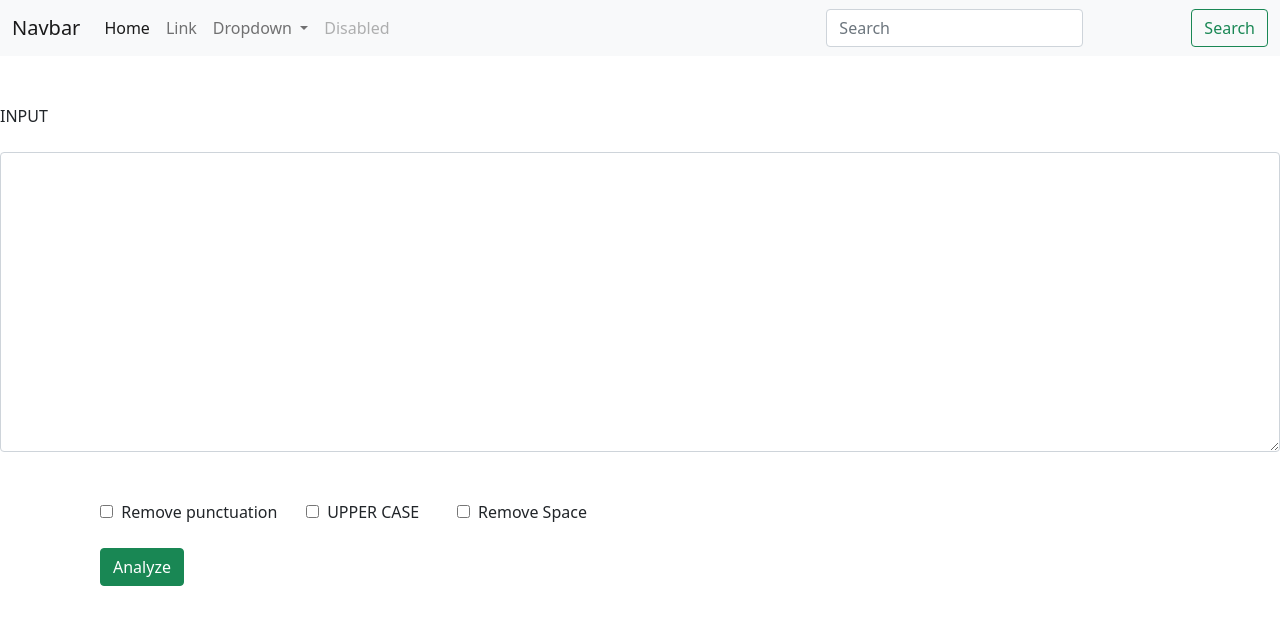
Repository: thenameisshreyank/Textutility
Page: http://localhost/
These files come from the project's save history. The page is drawn as it stood at one moment and after the next save; the edit follows.
The browser window is 1280 px wide. The pictures show the whole page.
The page is served by the project's application, run on Django 4.2 (manage.py). Other server files are loaded and not shown.

Above is the page before, as saved 2022-04-15 09:11:19.

### templates/index.html
<!DOCTYPE html>
<html lang="en">
<head>
    <meta charset="UTF-8">
    <meta http-equiv="X-UA-Compatible" content="IE=edge">
    <meta name="viewport" content="width=device-width, initial-scale=1.0">
    <!-- CSS only -->
<link href="https://cdn.jsdelivr.net/npm/bootstrap@5.1.3/dist/css/bootstrap.min.css" rel="stylesheet" integrity="sha384-1BmE4kWBq78iYhFldvKuhfTAU6auU8tT94WrHftjDbrCEXSU1oBoqyl2QvZ6jIW3" crossorigin="anonymous">
    <title>Document</title>
    <style>
      #text{
        margin-left: 100px;
        width: 80%;
        margin-right:100px;
      }
      #rf{
        margin-left: 100px;


      }
      button{
        margin-left: 100px;
      }
      textarea {
  width: 200px;
  height: 300px;
}

    </style>
</head>
<body>
    <nav class="navbar navbar-expand-lg navbar-light bg-light">
        <div class="container-fluid">
          <a class="navbar-brand" href="https://getbootstrap.com/">Navbar</a>
          <button class="navbar-toggler" type="button" data-bs-toggle="collapse" data-bs-target="#navbarSupportedContent" aria-controls="navbarSupportedContent" aria-expanded="false" aria-label="Toggle navigation">
            <span class="navbar-toggler-icon"></span>
          </button>
          <div class="collapse navbar-collapse" id="navbarSupportedContent">
            <ul class="navbar-nav me-auto mb-2 mb-lg-0">
              <li class="nav-item">
                <a class="nav-link active" aria-current="page" href="#">Home</a>
              </li>
              <li class="nav-item">
                <a class="nav-link" href="#">Link</a>
              </li>
              <li class="nav-item dropdown">
                <a class="nav-link dropdown-toggle" href="#" id="navbarDropdown" role="button" data-bs-toggle="dropdown" aria-expanded="false">
                  Dropdown
                </a>
                <ul class="dropdown-menu" aria-labelledby="navbarDropdown">
                  <li><a class="dropdown-item" href="#">Action</a></li>
                  <li><a class="dropdown-item" href="#">Another action</a></li>
                  <li><hr class="dropdown-divider"></li>
                  <li><a class="dropdown-item" href="#">Something else here</a></li>
                </ul>
              </li>
              <li class="nav-item">
                <a class="nav-link disabled">Disabled</a>
              </li>
            </ul>
            <form class="d-flex">
              <input class="form-control me-2" type="search" placeholder="Search" aria-label="Search">
              <button class="btn btn-outline-success" type="submit">Search</button>
            </form>
          </div>
        </div>
      </nav><br><br>
      <form action="analyze" method="get">
        <div class="form-group">
          <label for="exampleFormControlTextarea1">INPUT</label><br><br>
          <textarea class="form-control" id="textarea" rows="10" cols="5"></textarea>
        </div><br><br>
        <input type="checkbox" id="rf" name="rf" value="true">&nbsp;&nbsp;Remove punctuation&nbsp;&nbsp;&emsp;
        <input type="checkbox" id="upper" name="upper" value="true">&nbsp;&nbsp;UPPER CASE&nbsp;&nbsp;&nbsp;&nbsp;&nbsp;&nbsp;&nbsp;&nbsp;
        <input type="checkbox" id="space" name="space" value="true">&nbsp;&nbsp;Remove Space&nbsp;&nbsp;
        <br><br><button type="submit" class="btn btn-success" id="analyze">Analyze</button>
      </form>
</body>
</html>

### c1/views.py

from django.http import HttpResponse
from django.shortcuts import render

from django.http import HttpResponse
# Create your views here.

def nav(request):
    return render(request,"index.html")

def analyze(request):
    rawtext=request.GET.get('text')
    pun=request.GET.get('rf')
    uc=request.GET.get('upper')
    space=request.GET.get('space')
    answer=""
    ans1=""
    if pun=='true':
        punctuation='''!@#$%^&*()_;+<>?/~`'''
        for x in rawtext:
            if x not in punctuation:
             answer=answer+x
    else:
        answer=rawtext
    if uc=="true":
        # for ch in rawtext:
        answer=answer.upper()

    if space=="true":
        for ch in answer:
            if ch==" ":
                pass
            else:
                ans1=ans1+ch
        answer=ans1
    return render(request,'analyze.html',{'ans':answer})

### c/urls.py
"""c URL Configuration

The `urlpatterns` list routes URLs to views. For more information please see:
    https://docs.djangoproject.com/en/4.0/topics/http/urls/
Examples:
Function views
    1. Add an import:  from my_app import views
    2. Add a URL to urlpatterns:  path('', views.home, name='home')
Class-based views
    1. Add an import:  from other_app.views import Home
    2. Add a URL to urlpatterns:  path('', Home.as_view(), name='home')
Including another URLconf
    1. Import the include() function: from django.urls import include, path
    2. Add a URL to urlpatterns:  path('blog/', include('blog.urls'))
"""

from django.contrib import admin
from django.urls import include, path

urlpatterns = [
    path('admin/', admin.site.urls),
    path('',include('c1.urls')),
]

### c1/urls.py




from . import views
from django.urls import path


urlpatterns=[
    path('',views.nav),
    path('analyze/',views.analyze),
]

After the next save:
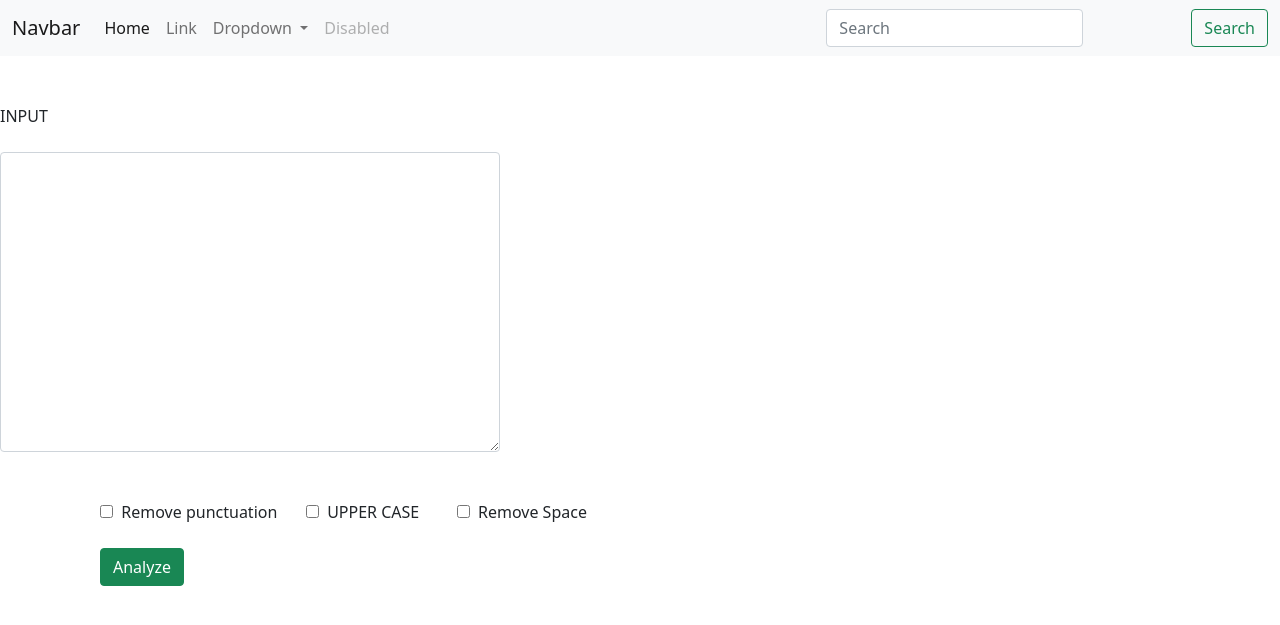
Saved 60 s later.
--- a/templates/index.html
+++ b/templates/index.html
@@ -68,7 +68,7 @@
       <form action="analyze" method="get">
         <div class="form-group">
           <label for="exampleFormControlTextarea1">INPUT</label><br><br>
-          <textarea class="form-control" id="textarea" rows="10" cols="5"></textarea>
+          <textarea class="form-control" id="textarea" rows="10" style="width:500px"></textarea>
         </div><br><br>
         <input type="checkbox" id="rf" name="rf" value="true">&nbsp;&nbsp;Remove punctuation&nbsp;&nbsp;&emsp;
         <input type="checkbox" id="upper" name="upper" value="true">&nbsp;&nbsp;UPPER CASE&nbsp;&nbsp;&nbsp;&nbsp;&nbsp;&nbsp;&nbsp;&nbsp;
